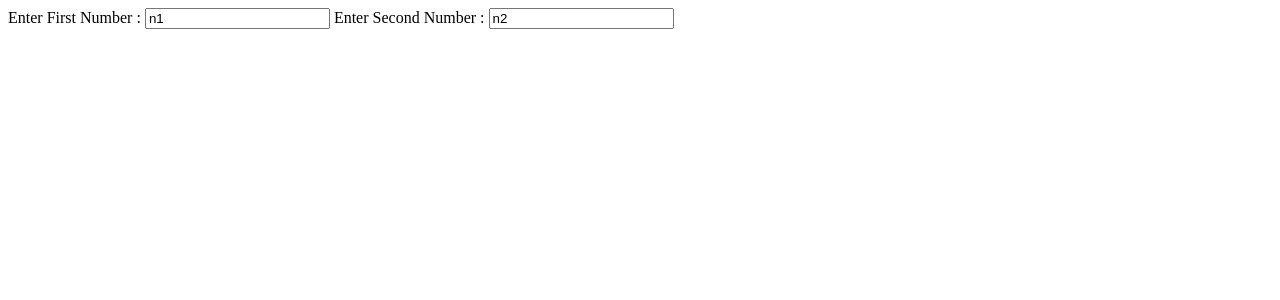
Repository: nadeem-fullstack-developer/jsp
Page: http://localhost/BRESTWebCL/home.jsp
These files come from the project's save history. The page is drawn as it stood at one moment and after the next save; the edit follows.
The browser window is 1280 px wide. The pictures show the whole page.
The page is served by Tomcat 9.

Above is the page before, as saved 2024-06-16 04:16:17.

After the next save:
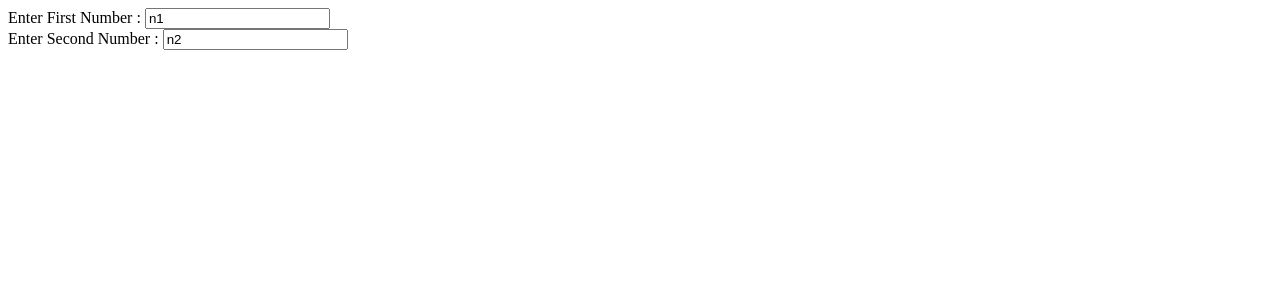
Saved 10 s later.
--- a/BRESTWebCL/src/main/webapp/home.jsp
+++ b/BRESTWebCL/src/main/webapp/home.jsp
@@ -10,7 +10,7 @@
 
 <form action="add">
 
- Enter First Number : <input type="text" value="n1">
+ Enter First Number : <input type="text" value="n1"><br>
  Enter Second Number : <input type="text" value="n2">
 </form>
 </body>
